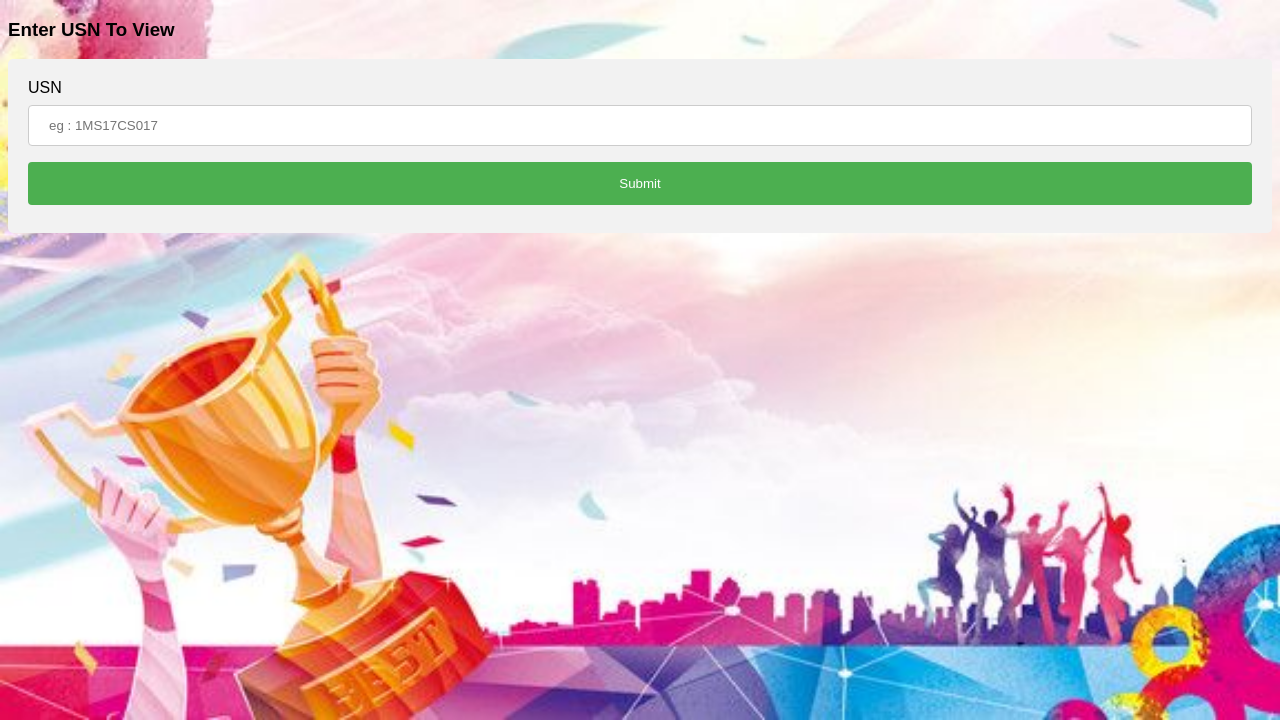
Repository: Malz6/DBMS-ActivityTracking
Page: dbs/WebContent/view.html
The author's editor kept a copy of each file at every save. The page is drawn from the files as they stood at one save, then again after the next save.
The browser window is 1280 px wide. The pictures show the whole page.

Above is the page before, as saved 2019-12-12 14:11:18.

After the next save:
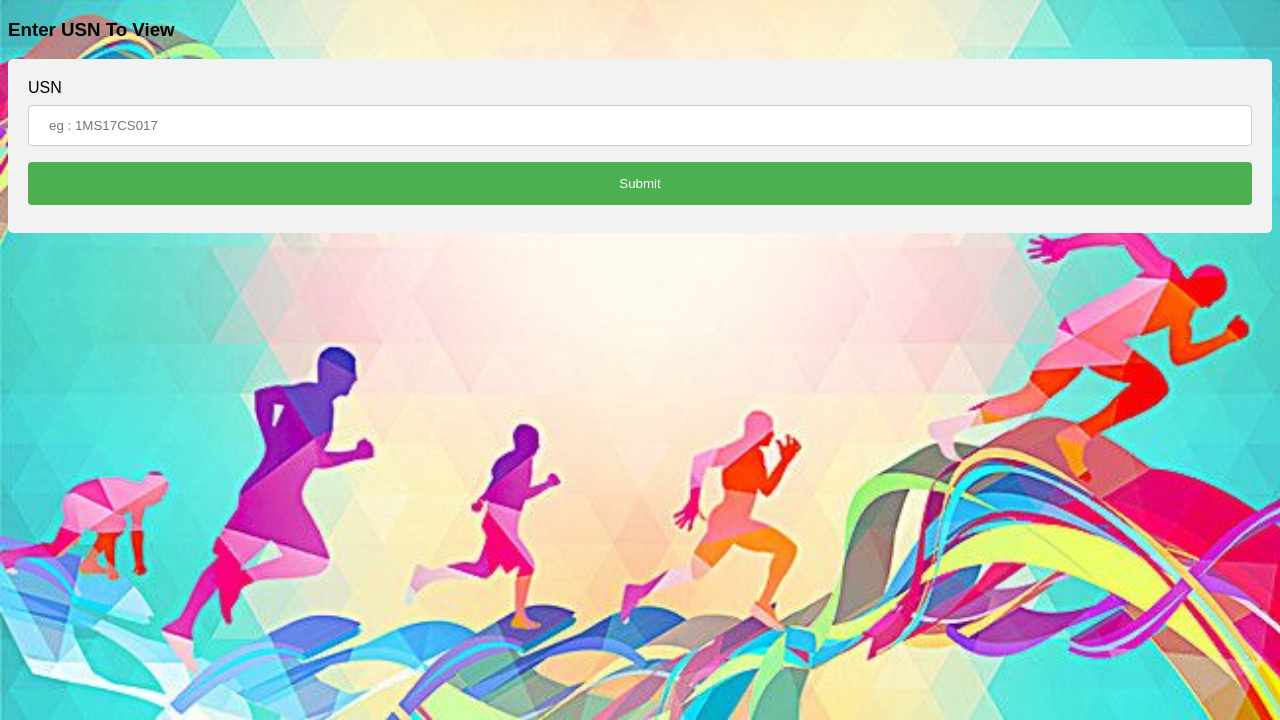
Saved 24 s later.
--- a/dbs/WebContent/view.html
+++ b/dbs/WebContent/view.html
@@ -4,7 +4,7 @@
 body
 		{
 			font-family: Arial, Helvetica, sans-serif;
-			background-image: url('4.jpg');
+			background-image: url('5.jpg');
 		  	background-repeat: no-repeat;
 		 	background-attachment: fixed;
 		 	background-size: cover;
